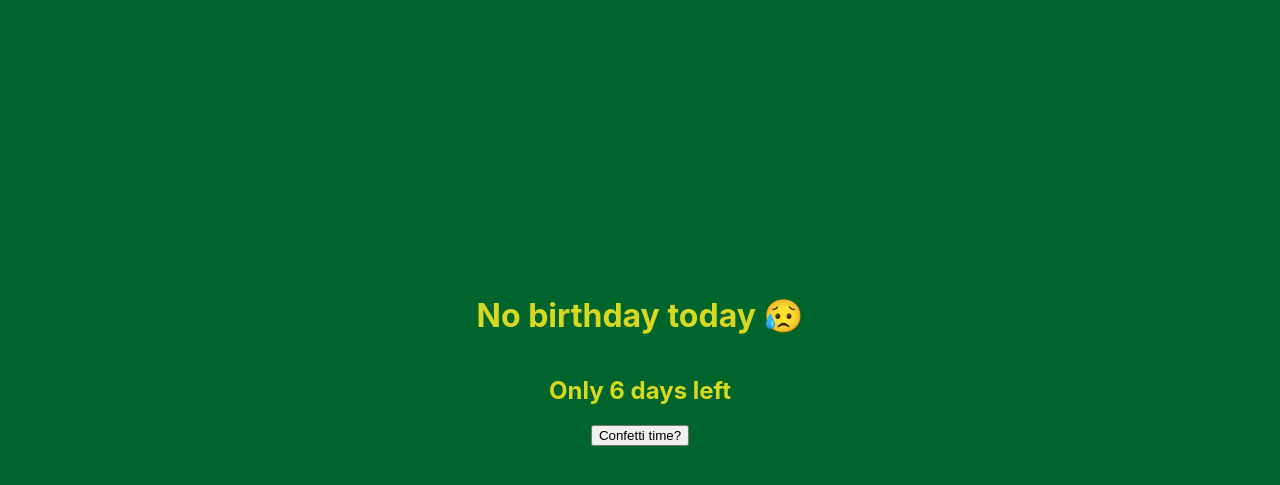
Repository: David-Waite/HannahsBirthdayWebsite
Page: /
An editor plug-in stored every save of this project. The page is shown before and after the next save, followed by the edit.
The browser window is 1280 px wide. The pictures show the whole page.
The project was rebuilt for these pictures with package versions that can differ from the ones it lists, and the page was loaded fresh each time.

Above is the page before, as saved 2023-03-30 18:17:55.

### src/index.css
body {
  margin: 0;
  font-family: -apple-system, BlinkMacSystemFont, "Segoe UI", "Roboto", "Oxygen",
    "Ubuntu", "Cantarell", "Fira Sans", "Droid Sans", "Helvetica Neue",
    sans-serif;
  -webkit-font-smoothing: antialiased;
  -moz-osx-font-smoothing: grayscale;
}

.App {
  width: 100vw;
  height: 100vh;
  display: flex;
  flex-direction: column;
  align-items: center;
  justify-content: center;
  background-color: #00642d;
  color: rgb(216, 216, 33);
}

### src/App.js
import "./App.css";

import Confetti from "react-confetti";

import { useState } from "react";

function App() {
  const [confetti, setConfetti] = useState(null);
  const [buttonText, setButtonText] = useState("Confetti time?");
  function isBirthdayToday() {
    const date = new Date();
    if (date.getMonth() === 3 && date.getDate() === 5) {
      return true;
    }
    return false;
  }

  function rainConfetti() {
    if (isBirthdayToday()) {
      setConfetti(true);
      setButtonText("Confetti time!");
    } else {
      setButtonText("no");
    }
  }

  function getDaysUntilBirthday() {
    const date = new Date();
    const hannahBday = new Date(date.getFullYear(), 3, 5);
    const hannahBdayNextYear = new Date(date.getFullYear() + 1, 3, 5);
    const oneDay = 1000 * 60 * 60 * 24;

    let daysUntilBirthday;
    if (hannahBday < date) {
      daysUntilBirthday =
        Math.ceil(hannahBdayNextYear.getTime() - date.getTime()) / oneDay;
    } else {
      daysUntilBirthday =
        Math.ceil(hannahBday.getTime() - date.getTime()) / oneDay;
    }

    return daysUntilBirthday;
  }

  // 5th april
  let birthdayText;
  if (isBirthdayToday()) {
    birthdayText = <h1>Happy birthday!🥳</h1>;
  } else {
    birthdayText = (
      <>
        <h1>No birthday today 😥</h1>
        <h2>Only {Math.ceil(getDaysUntilBirthday())} days left</h2>
      </>
    );
  }
  console.log(isBirthdayToday());
  const date = new Date();

  return (
    <div className="App">
      {confetti && <Confetti />}

      {birthdayText}
      <button onClick={rainConfetti}>{buttonText}</button>
    </div>
  );
}

export default App;

Loaded but not shown: public/index.html (common file); src/index.js (common file); src/reportWebVitals.js (common file); src/App.css (common file)

After the next save:
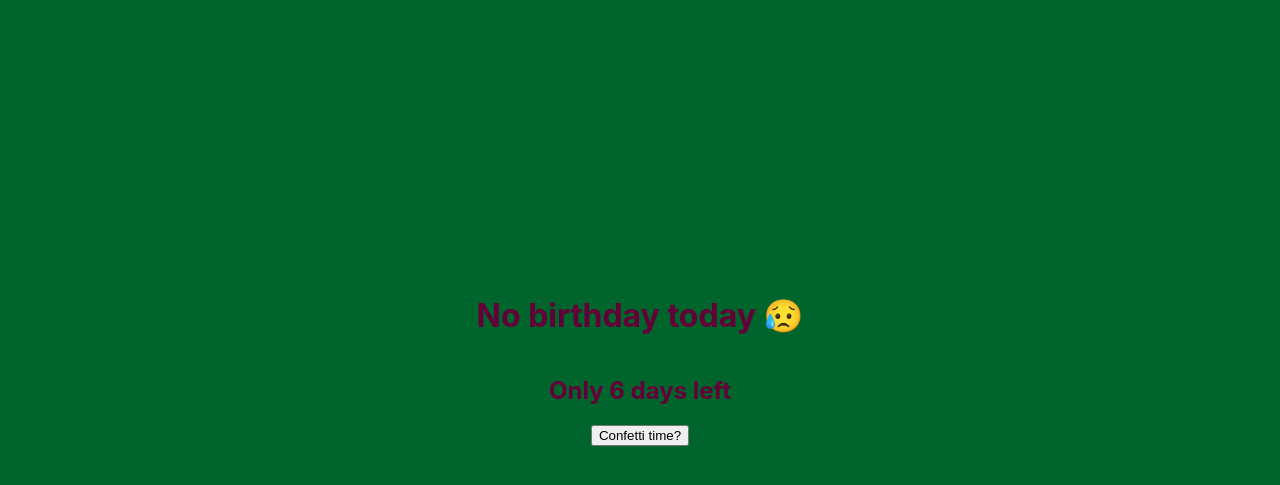
Saved 92 s later.
--- a/src/index.css
+++ b/src/index.css
@@ -15,5 +15,5 @@
   align-items: center;
   justify-content: center;
   background-color: #00642d;
-  color: rgb(216, 216, 33);
+  color: #640037;
 }

After the save that followed:
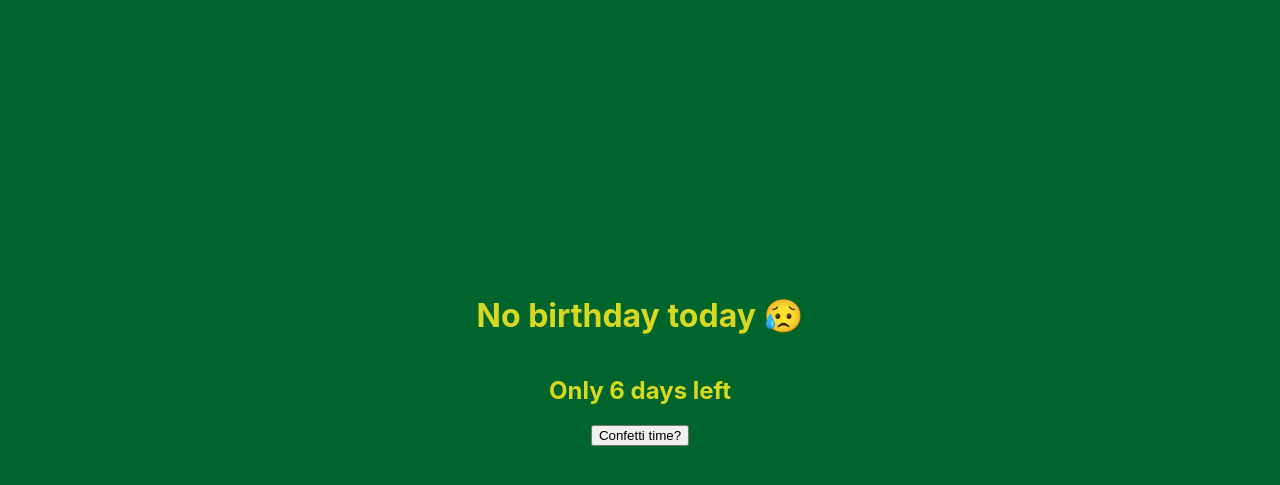
Saved 7 s later.
--- a/src/index.css
+++ b/src/index.css
@@ -15,5 +15,5 @@
   align-items: center;
   justify-content: center;
   background-color: #00642d;
-  color: #640037;
+  color: rgb(216, 216, 33);
 }
